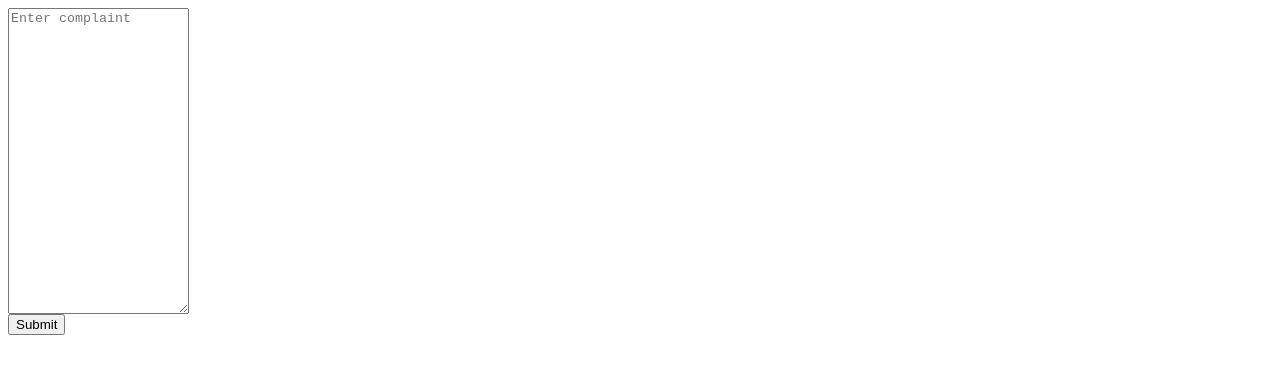
Repository: mkejeiri/Java-Entreprise
Page: http://localhost/complaintsystem/helloWorld
These files come from the project's save history. The page is drawn as it stood at one moment and after the next save; the edit follows.
The browser window is 1280 px wide. The pictures show the whole page.
The page is served by Tomcat 9.

Above is the page before, as saved 2018-05-10 19:00:35.

After the next save:
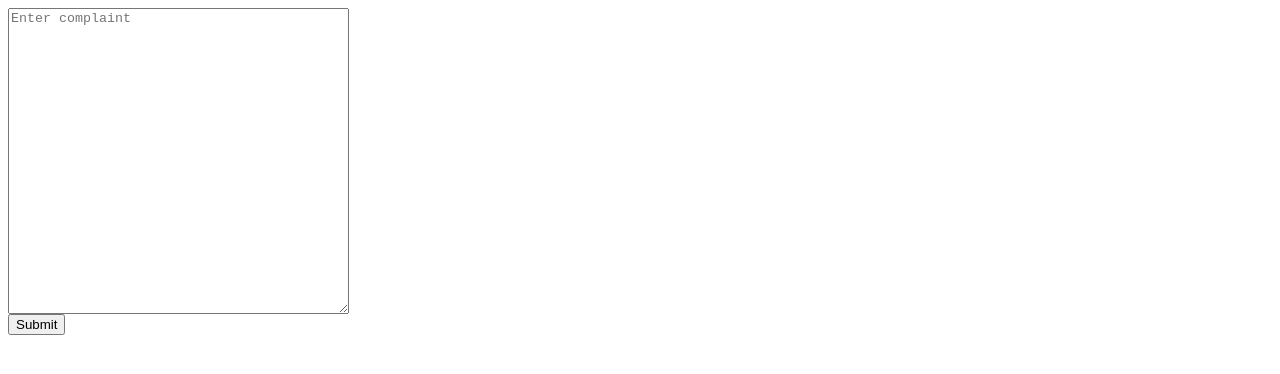
Saved 21 s later.
--- a/complaintsystem/complaintsystem/WebContent/WEB-INF/HelloWorld.jsp
+++ b/complaintsystem/complaintsystem/WebContent/WEB-INF/HelloWorld.jsp
@@ -8,7 +8,7 @@
 </head>
 <body>
 	<form action="/submitComplaint" method="post">
-		<textarea name="complaint" cols="20" rows="20" placeholder="Enter complaint"></textarea> <br/>
+		<textarea name="complaint" cols="40" rows="20" placeholder="Enter complaint"></textarea> <br/>
 		<input type="submit" value="Submit">
 
 	</form>
